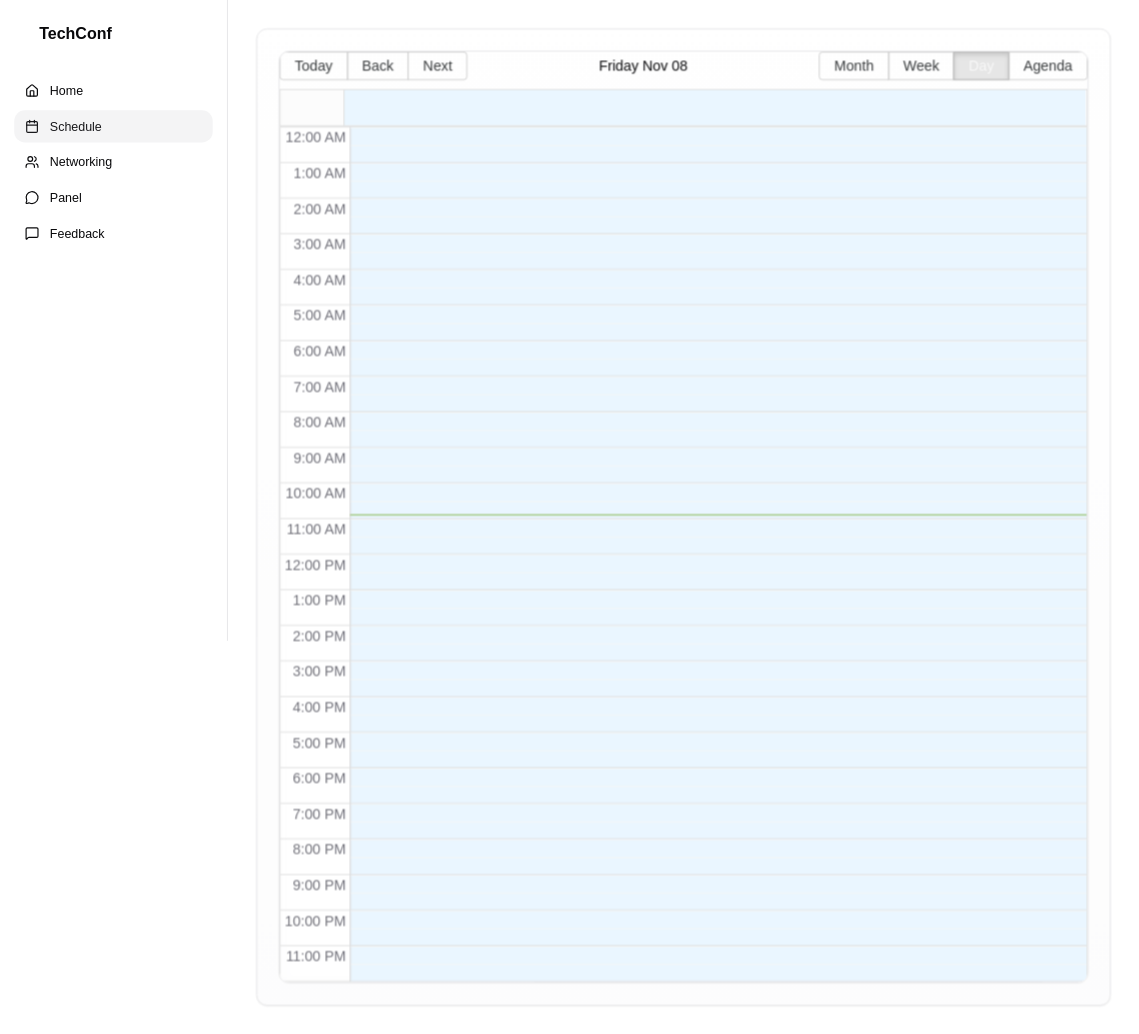
Repository: mrnavdal/symposium-2024
Page: /schedule (app in symposium24/)
These files come from the project's save history. The page is drawn as it stood at one moment and after the next save; the edit follows.
The browser window is 1280 px wide. The pictures show the whole page, at 89% of full size.
The project was rebuilt for these pictures with package versions that can differ from the ones it lists, and the page was loaded fresh each time. The framework's server and built-in components were replaced by stand-ins that run in the browser. Also part of the build but not shown: symposium24/next.config.ts.

Above is the page before, as saved 2024-11-08 13:29:29.

After the next save:
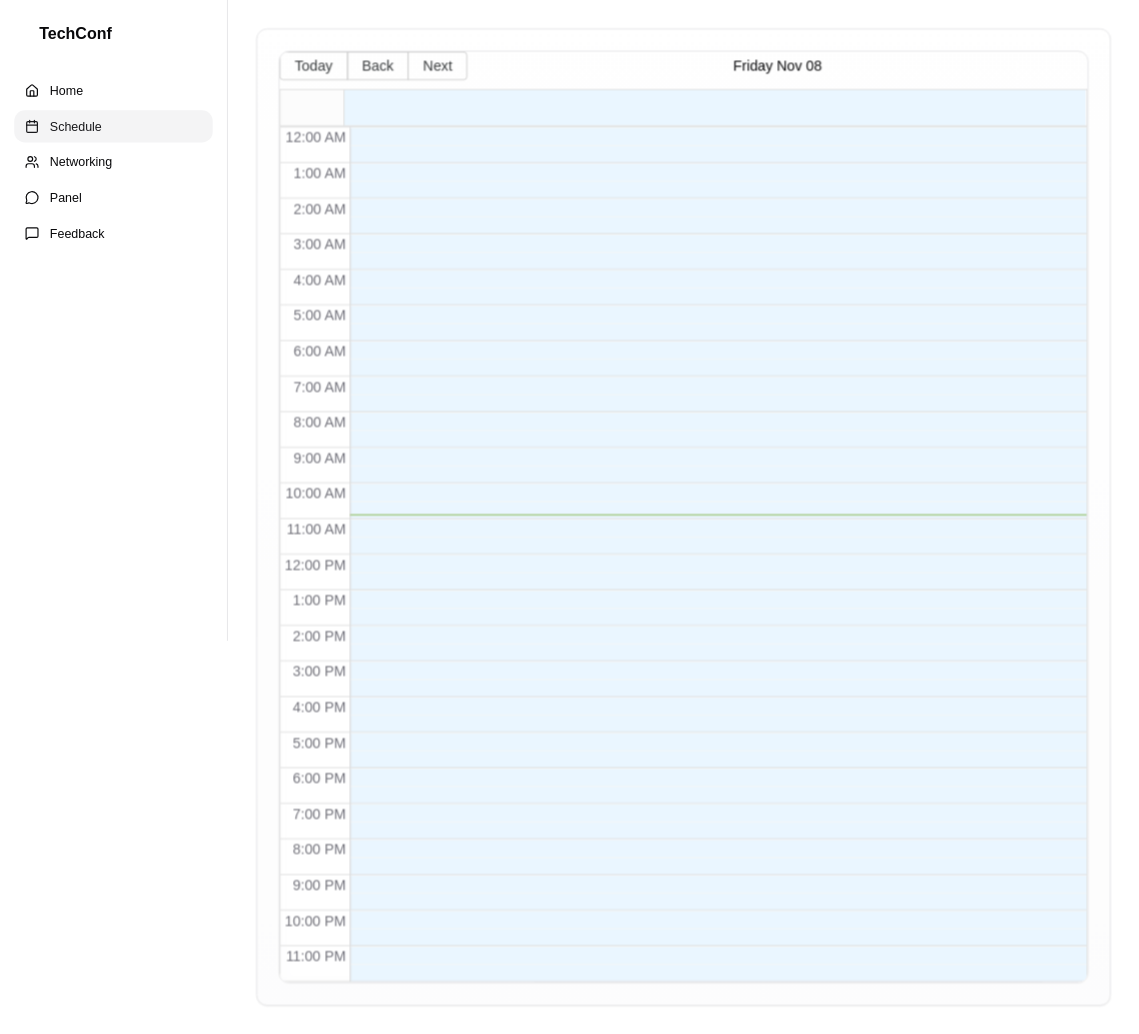
Saved 13 s later.
--- a/symposium24/src/components/Calendar.tsx
+++ b/symposium24/src/components/Calendar.tsx
@@ -49,6 +49,7 @@ export function Calendar({ events }: CalendarProps) {
     localizer,
     events,
     defaultView: 'day' as View,
+    views: ['day'] as View[],
     step: 30,
     timeslots: 2,
     eventPropGetter: eventStyleGetter,
